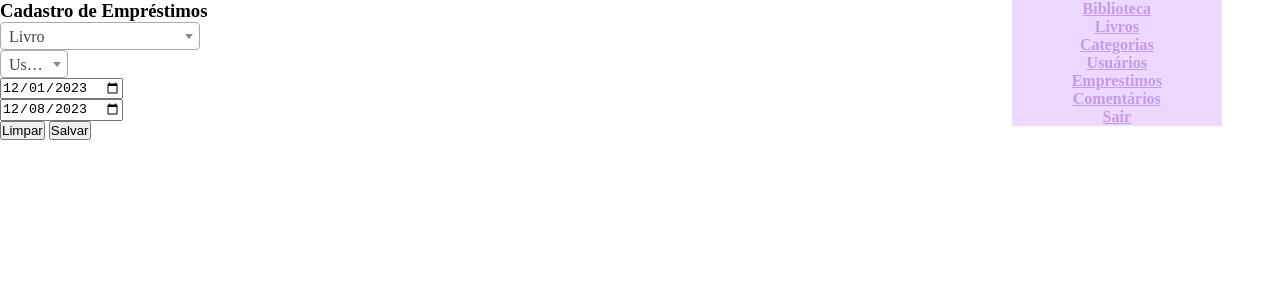
Repository: Matheus-Ghizoni/Rainbow-Library
Page: arcoiris/src/main/webapp/pages/admin/loan.html
These files come from the project's save history. The page is drawn as it stood at one moment and after the next save; the edit follows.
The browser window is 1280 px wide. The pictures show the whole page.
The page's requests for data from a server got no answer. Some web libraries are served in a nearby version.

Above is the page before, as saved 2023-12-06 17:54:55.
Console error: ReferenceError: jQuery is not defined

### arcoiris/src/main/webapp/pages/admin/loan.html
<html lang="en">

<head>
	<meta charset="UTF-8">
	<meta name="viewport" content="width=device-width, initial-scale=1.0">
	<link rel="stylesheet" href="../../css/admin.css">
	<link rel="stylesheet" type="text/css" href="../../css/jquery-ui.css">
	<link href="https://cdn.jsdelivr.net/npm/select2@4.1.0-beta.1/dist/css/select2.min.css" rel="stylesheet" />
	<script src="../../js/loan.js"></script>
	<script src="../../js/jquery-ui.js"></script>
	<script src="https://code.jquery.com/jquery-3.6.4.min.js"
		integrity="sha256-oP6HI9z1XaZNBrJURtCoUT5SUnxFr8s3BzRl+cbzUq8=" crossorigin="anonymous"></script>
	<script src="https://cdn.jsdelivr.net/npm/select2@4.1.0-beta.1/dist/js/select2.min.js"></script>
	<title>Loan</title>
</head>

<body>
	<!-- Menu -->
	<div class="menu">
		<div class="d-flex justify-content-center">
			<img class="menu-img" src="../../imgs/menu.png">
		</div>
	</div>
	<div class="modal-menu">
		<a href="library.html">Biblioteca</a> <br>
		<a href="book.html">Livros</a> <br>
		<a href="category.html">Categorias</a> <br>
		<a href="user.html">Usuários</a> <br>
		<a href="loan.html">Emprestimos</a> <br>
		<a href="comment.html">Comentários</a><br>
		<a href="../../index.html">Sair</a>
	</div>

	<!--	Modal Emprestimo  -->
	<h3>Cadastro de Empréstimos</h3>
	<form class="frmloan">
		<select name="type" class="selectBooks" id="selectBooks" onload="getAllBooks()" style="width: 200px;">
			<option value="">Livro</option>
		</select><br>
		<select name="type" class="selectUsers" id="selectUsers" onload="getAllUsers()">
			<option value="">Usuário</option>
		</select><br>
		<input type="date" placeholder="Data de empréstimo" id="inputStartDateLoan"><br>
		<input type="date" placeholder="Prazo de Devolução" id="inputDeadlineDateLoan"><br>
		<button type="reset">Limpar</button>
		<button onclick="insertLoan()">Salvar</button>
	</form>

</body>
<script>
	$(document).ready(function () {
		$('.selectUsers').select2();
		$('.selectBooks').select2();
	});
</script>

</html>

### arcoiris/src/main/webapp/css/admin.css
/* Reset */
* {
	padding: 0;
	margin: 0;
	box-sizing: border-box;
}

/* Menu */
.menu {
	position: absolute;
	top: 30px;
	right: 130px;
}

.menu-img {
	width: 70px;
	height: 70px;
}

/* Menu Modal*/
.modal-menu {
	background: #EDD9FF;
	display: block;
	position: fixed;
	align-items: center;
	text-align: center;
	right: 58px;
}

.modal-menu a {
	color: #C49AE9;
	font-weight: bold;
	margin: 60px;
}

.edit {
	width: 16px;
	height: 16px;
}

### arcoiris/src/main/webapp/js/loan.js
document.addEventListener("DOMContentLoaded", function() {
	getStartDate();
	getDeadlineDate();
	getAllUsers();
	getAllBooks();
});

function getStartDate() {
	let today = new Date();
	let date = today.getFullYear() + '-' +
		(today.getMonth() + 1).toString().padStart(2, '0') + '-' +
		today.getDate().toString().padStart(2, '0');
	document.getElementById('inputStartDateLoan').value = date;
}

function getDeadlineDate() {
	let today = new Date();
	let date = today.getFullYear() + '-' +
		(today.getMonth() + 1).toString().padStart(2, '0') + '-' +
		(today.getDate() + 7).toString().padStart(2, '0');
	document.getElementById('inputDeadlineDateLoan').value = date;
}

function getAllUsers() {
	$.ajax({
		type: "GET",
		url: "/arcoiris/rest/user/getAllUsers",
		success: function(data) {
			dados = JSON.parse(data);
			displayUsers(dados);
		},
		error: function(info) {
			alert("Erro ao buscar usuários: " + info.status + " - " + info.statusText);
		}
	})
}

function displayUsers(listUsers) {
	select = "#selectUsers";
	if (listUsers != "") {
		$(select).html("");
		var option = document.createElement("option");
		option.setAttribute("value", "");
		option.innerHTML = ("Selecione");
		$(select).append(option);

		for (var i = 0; i < listUsers.length; i++) {
			if (listUsers[i].status == 1) {
				var option = document.createElement("option");
				option.setAttribute("value", listUsers[i].CPF);
				option.innerHTML = (listUsers[i].name);
				$(select).append(option);
			}
		}

	} else {
		$(select).html("");

		var option = document.createElement("option");
		option.setAttribute("value", "");
		option.innerHTML = ("Cadastre um usuário primeiro!");
		$(select).append(option);
		$(select).addClass("aviso");
	}
}

function getAllBooks() {
	const title = "";
	$.ajax({
		type: "GET",
		url: "/arcoiris/rest/book/getAllBooks",
		data: "title=" + title,
		success: function(dados) {
			dados = JSON.parse(dados);
			displayBooks(dados);
			console.log(dados)
		},
		error: function(info) {
			alert("Erro ao buscar livros: " + info.status + " - " + info.statusText);
		}
	})
}

function displayBooks(listBooks) {
	select = "#selectBooks";
	if (listBooks != "") {
		$(select).html("");
		var option = document.createElement("option");
		option.setAttribute("value", "");
		option.innerHTML = ("Selecione");
		$(select).append(option);

		for (var i = 0; i < listBooks.length; i++) {
			if (listBooks[i].status == 1) {
				var option = document.createElement("option");
				option.setAttribute("value", listBooks[i].code);
				option.innerHTML = (listBooks[i].title);
				$(select).append(option);
			}
		}

	} else {
		$(select).html("");

		var option = document.createElement("option");
		option.setAttribute("value", "");
		option.innerHTML = ("Cadastre um livro primeiro!");
		$(select).append(option);
		$(select).addClass("aviso");
	}
}

function insertLoan() {
	const bookLoan = document.getElementById("inputBookLoan");
	const userLoan = document.getElementById("inputUserLoan");
	const deadlineDateLoan = document.getElementById("inputDeadlineDateLoan");

	const loan = {
		book: bookLoan.value,
		user: userLoan.value,
		startDate: startDateLoan.value,
		deadlineDate: deadlineDateLoan.value
	};

	if ((loan.book == "") || (loan.user == "") || (loan.startDate == "") || (loan.deadlineDate == "")) {
		alert("Preencha todos os campos!");
	} else {
		$.ajax({
			type: "POST",
			url: "/arcoiris/rest/loan/insert",
			data: JSON.stringify(loan),
			success: function(msg) {
				alert(msg);
				$("#frmloan").trigger("reset");
			},
			error: function(info) {
				alert("Erro realizar um novo empréstimo: " + info.status + " - " + info.statusText);
			}
		});
	}
}

Loaded but not shown: arcoiris/src/main/webapp/css/jquery-ui.css (library); arcoiris/src/main/webapp/js/jquery-ui.js (library)

After the next save:
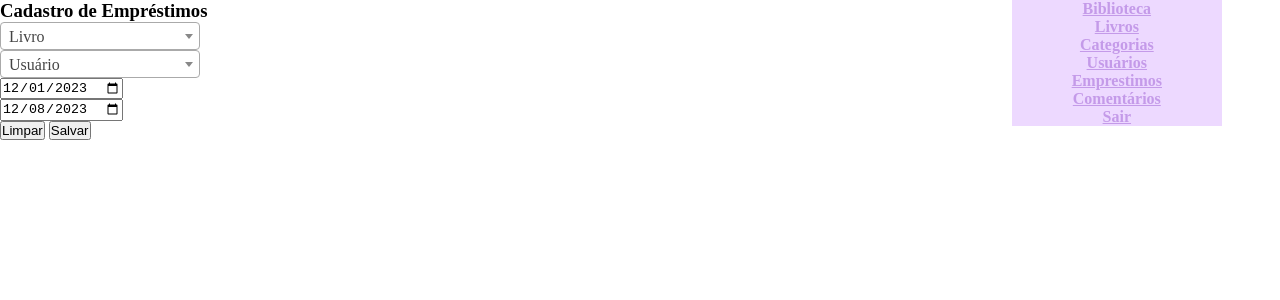
Saved 52 s later.
--- a/arcoiris/src/main/webapp/pages/admin/loan.html
+++ b/arcoiris/src/main/webapp/pages/admin/loan.html
@@ -37,7 +37,7 @@
 		<select name="type" class="selectBooks" id="selectBooks" onload="getAllBooks()" style="width: 200px;">
 			<option value="">Livro</option>
 		</select><br>
-		<select name="type" class="selectUsers" id="selectUsers" onload="getAllUsers()">
+		<select name="type" class="selectUsers" id="selectUsers" onload="getAllUsers()" style="width: 200px;">
 			<option value="">Usuário</option>
 		</select><br>
 		<input type="date" placeholder="Data de empréstimo" id="inputStartDateLoan"><br>
